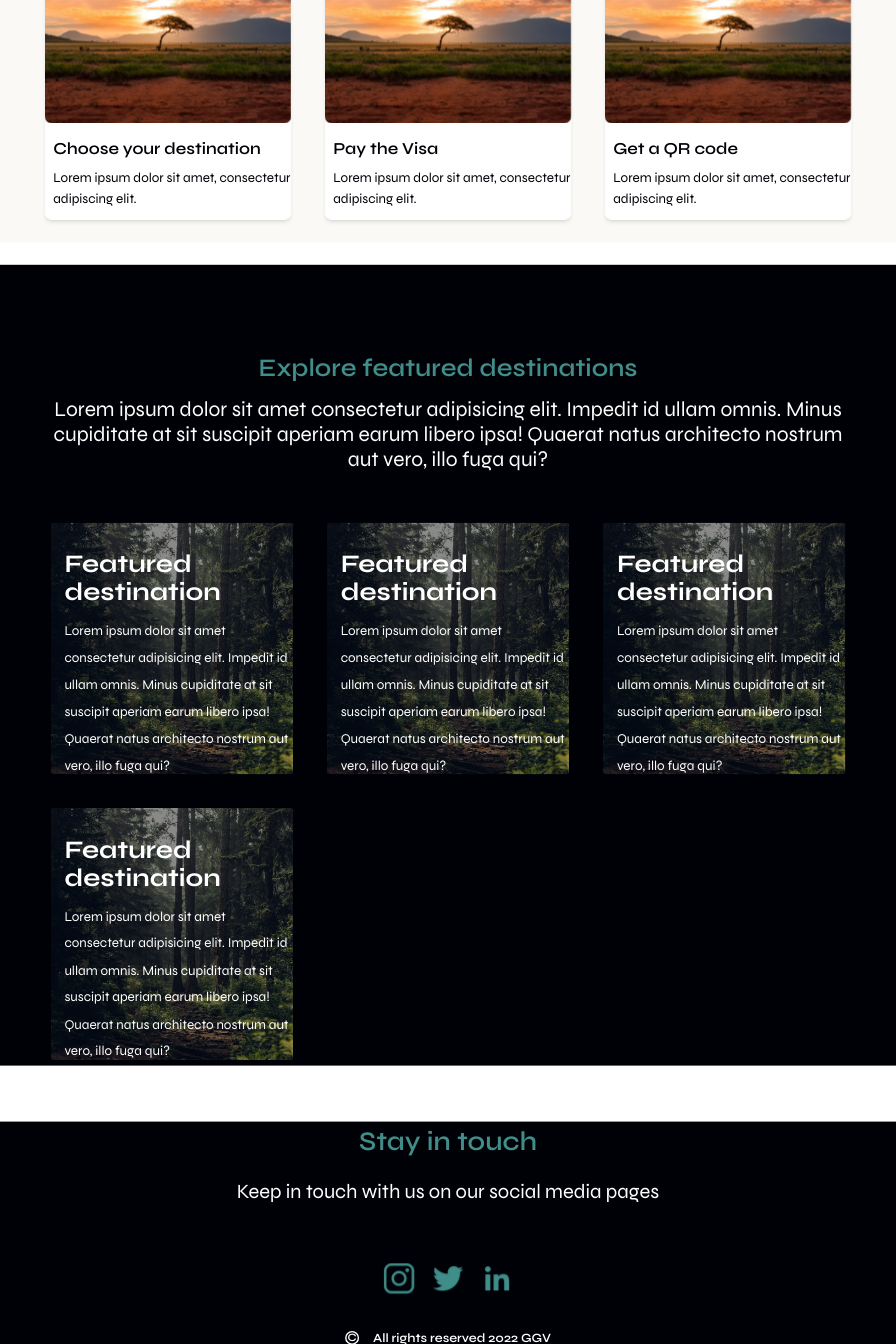
Repository: EngrAhmadUmar/landing-page
Page: /main
These files come from the project's save history. The page is drawn as it stood at one moment and after the next save; the edit follows.
The browser window is 1280 px wide. The pictures show the part of the page from y = 1335 to 3255 px (the page is 3285 px tall before and 3227 px after), at 70% of full size.
The page's requests for data from a server got no answer. The project was rebuilt for these pictures with package versions that can differ from the ones it lists, and the page was loaded fresh each time. The framework's server and built-in components were replaced by stand-ins that run in the browser. No one was signed in, and anything a server would have sent is missing. Also part of the build but not shown: next.config.js, src/Components/MainPageComponents/AreasOfConservation.jsx.

Above is the page before, as saved 2022-06-29 16:21:01.

After the next save:
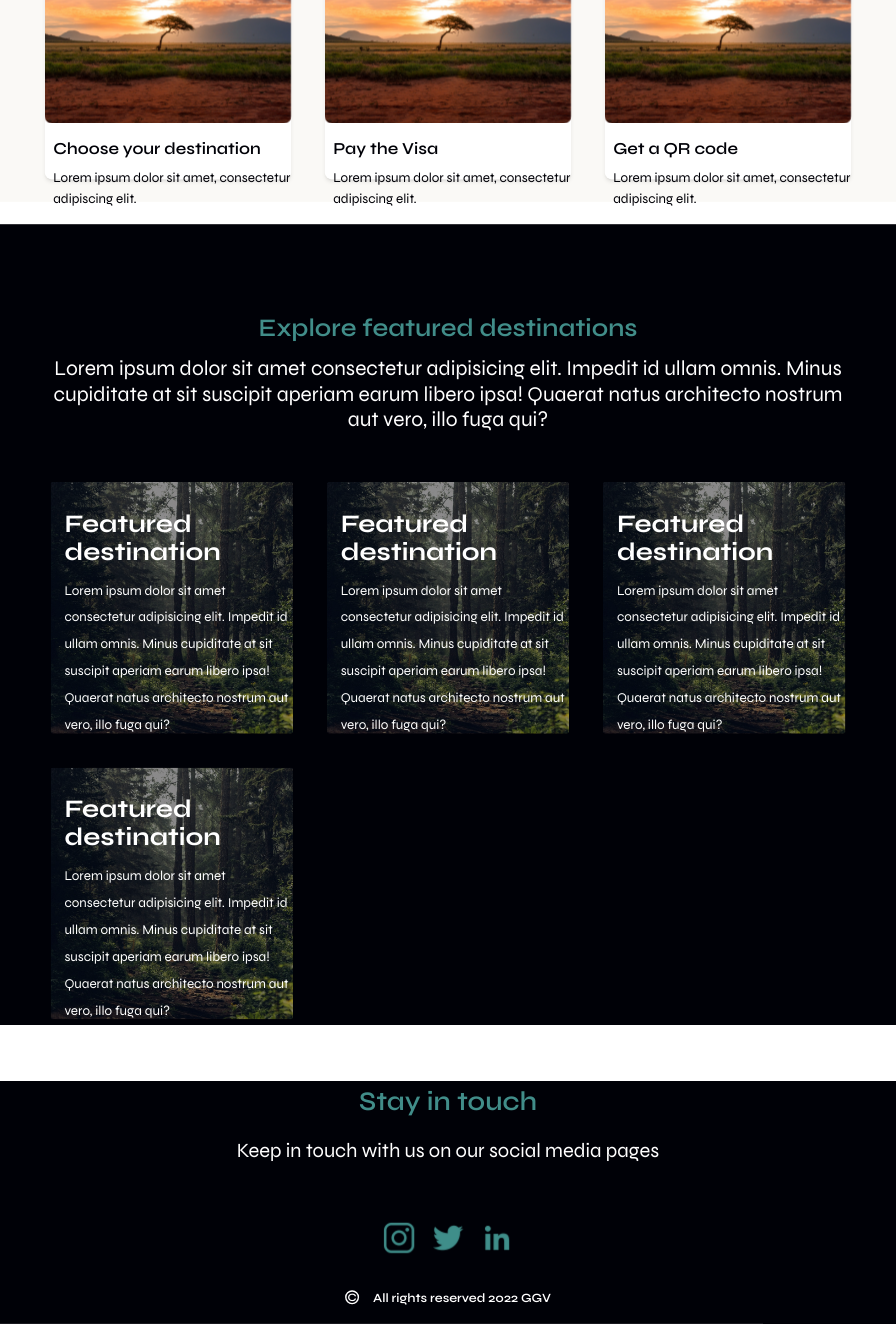
Saved 26 s later.
--- a/src/Components/MainPageComponents/VisaDesc.jsx
+++ b/src/Components/MainPageComponents/VisaDesc.jsx
@@ -2,7 +2,7 @@
 
 const VisaDesc = ({ icon, title, description }) => {
   return (
-    <section className="bg-white shadow-md rounded-[10px] text-black">
+    <section className="bg-white shadow-md rounded-[10px] text-black h-[20rem]">
       <Image
         src="/img2.jpg"
         layout="responsive"

After the save that followed:
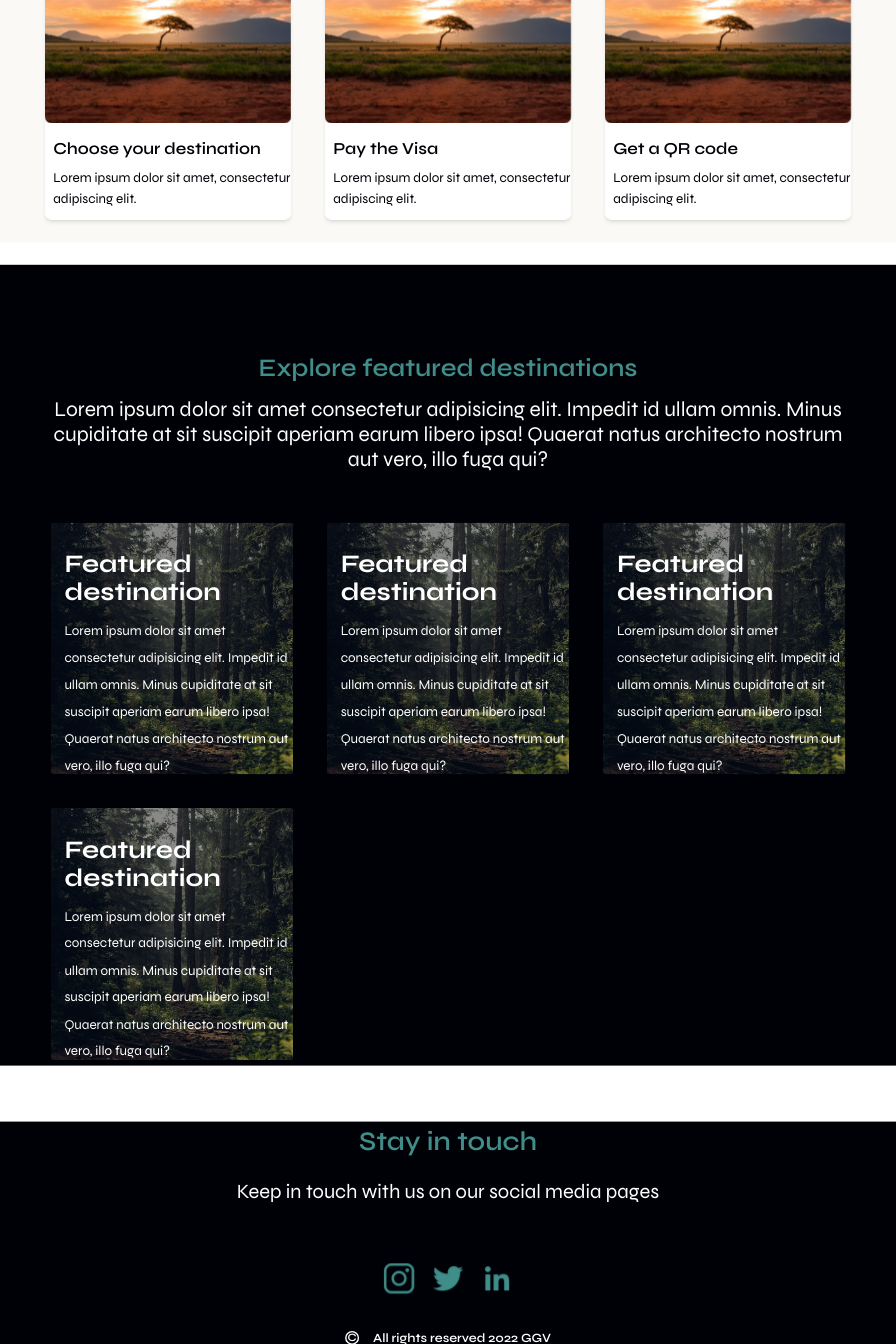
Saved 10 s later.
--- a/src/Components/MainPageComponents/VisaDesc.jsx
+++ b/src/Components/MainPageComponents/VisaDesc.jsx
@@ -2,7 +2,7 @@
 
 const VisaDesc = ({ icon, title, description }) => {
   return (
-    <section className="bg-white shadow-md rounded-[10px] text-black h-[20rem]">
+    <section className="bg-white shadow-md rounded-[10px] text-black">
       <Image
         src="/img2.jpg"
         layout="responsive"
